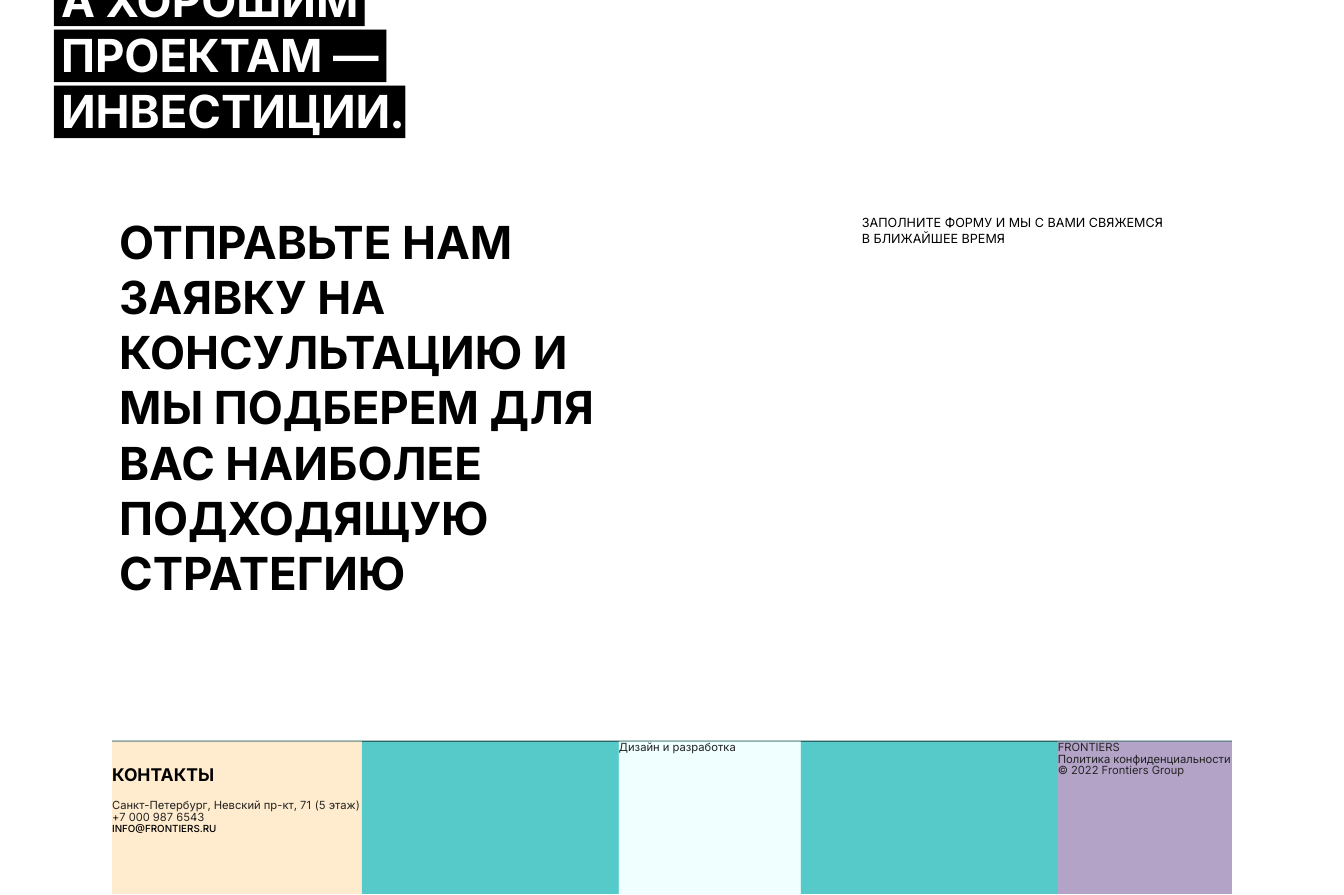
Repository: NadyaKorvin/frontiers
Page: /
An editor plug-in stored every save of this project. The page is shown before and after the next save, followed by the edit.
The browser window is 1280 px wide. The page is 1920 px wide, so the pictures cover 1920 px, including what lies to the right of the window. The pictures show the part of the page from y = 1355 to 2635 px (the page is 2633 px tall before and 2635 px after), at 70% of full size.
The project was rebuilt for these pictures with package versions that can differ from the ones it lists, and the page was loaded fresh each time.

Above is the page before, as saved 2022-05-23 14:54:29.

After the next save:
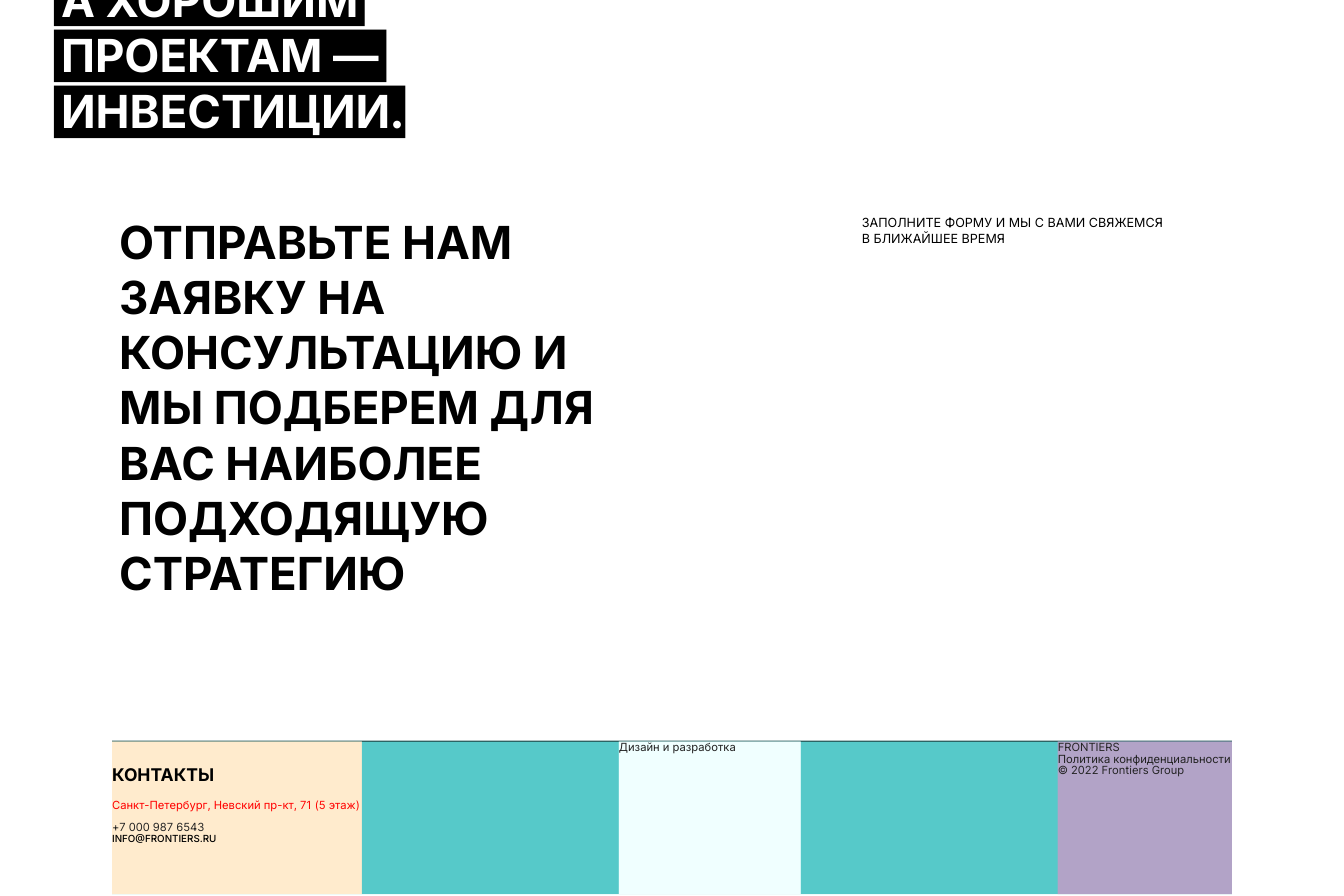
Saved 10 s later.
--- a/src/components/lastScreen/LastScreen.module.css
+++ b/src/components/lastScreen/LastScreen.module.css
@@ -75,9 +75,7 @@
   color: #000000;
 }
 
-.contact > p:nth-child(2)
-.contact > p:nth-child(3)
-.contact > p:nth-child(4) {
+.contact > p:nth-child(2) {
     padding-bottom: 15px;
     color: red;
 }
